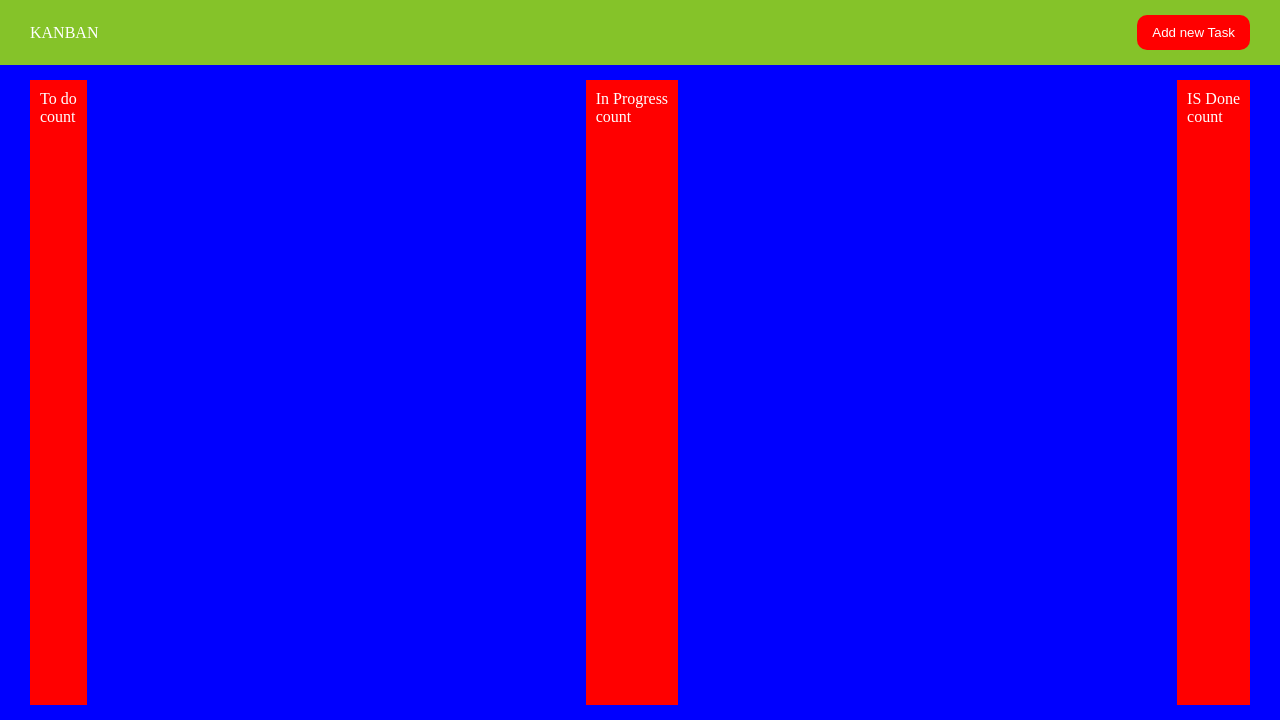
Repository: Sandeepji-5/Kanban-board
Page: index.html
These files come from the project's save history. The page is drawn as it stood at one moment and after the next save; the edit follows.
The browser window is 1280 px wide. The pictures show the whole page.

Above is the page before, as saved 2025-12-08 18:22:48.

### index.html
<!DOCTYPE html>
<html lang="en">
<head>
    <meta charset="UTF-8">
    <meta name="viewport" content="width=device-width, initial-scale=1.0">
    <title>Document</title>
    <link rel="stylesheet" href="style.css">
</head>
<body>
    <main>
        <nav>
            <div class="left">KANBAN</div>
            <div class="right"><button>Add new Task</button></div>
        </nav>
        <section class="board">
            <div class="task-column">
                <div class="hweading">
                    <div class="left">To do </div>
                    <div class="right">count</div>
                </div>
            </div>
            <div class="task-column">
                <div class="heading">
                    <div class="left">In Progress</div>
                    <div class="right">count</div>
                </div>
            </div>
            <div class="task-column">
                <div class="heading">
                    <div class="left">IS Done </div>
                    <div class="right"> count</div>
                </div>
            </div>
        </section>


    </main>
    <script src="kanban.js"></script>
</body>
</html>

### style.css
* {
    margin: 0;
    padding: 0;

    box-sizing: border-box;
}

html,
body {
    width: 100%;
    height: 100%;

}

:root {
    --bg-color: #0000000;
    --bg-button-color: red
    --primary-text-color: #f4f4f4;

    /* padding 1 rem 2 rem */
    --nav-padding: 15px 30px;
    --section-padding: 15px 30px;
    --padding-s: 5px;
    --padding-m: 10px;
    --padding-l: 15px;
    --padding-xl: 20px;
    --padding-xxl: 30px;


    /* border radius variable  */



    --border-radius-s:5px;
    --border-radius-m:10px;
    --border-radius-l:15px;
    --border-radius-xl:20px;
    --border-radius-xxl:30px;


}

body {
    background-color: black;
    color: white;
}
main{
    display: flex;
    height: 100%;
    width: 100%;
    flex-direction: column;
    background-color: rgb(133, 195, 41);

}

nav{
    padding: var(--nav-padding);
    display: flex;
    align-items: center;
    justify-content: space-between;

}
nav button{
    background-color: red;
    color: white;
    border: none;
    outline: none;
    padding: var(  --padding-m) var(  --padding-l);
    cursor: pointer;
    border-radius:var(--border-radius-m) ;

}


section{
    padding:var(--section-padding);
    height: 100%;
    display: flex;
    /* flex-grow: 1; */
    justify-content: space-between;
    background-color: blue;

}
section .task-column{
    padding: var(--padding-m);
    background-color: red;

}

Loaded but not shown: kanban.js (no copy from this time; the picture is the same without it)

After the next save:
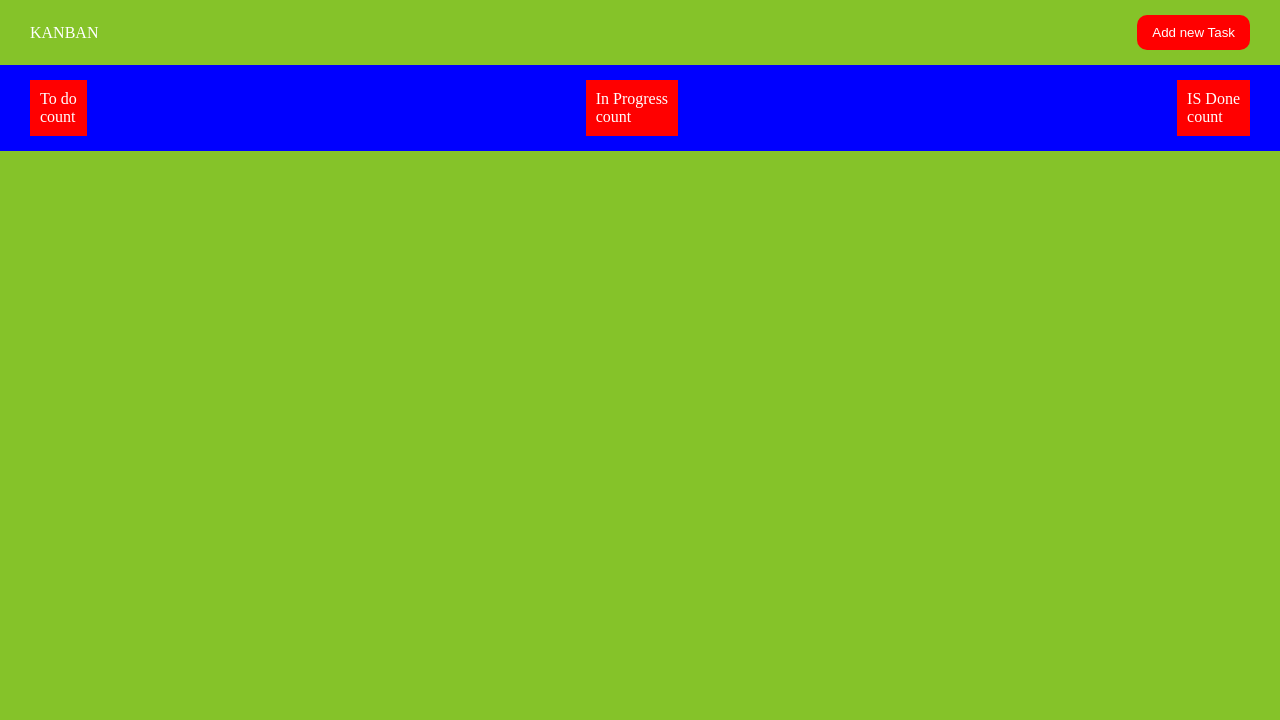
Saved 22 s later.
--- a/style.css
+++ b/style.css
@@ -74,7 +74,7 @@
 
 section{
     padding:var(--section-padding);
-    height: 100%;
+    /* height: 100%; */
     display: flex;
     /* flex-grow: 1; */
     justify-content: space-between;

After the save that followed:
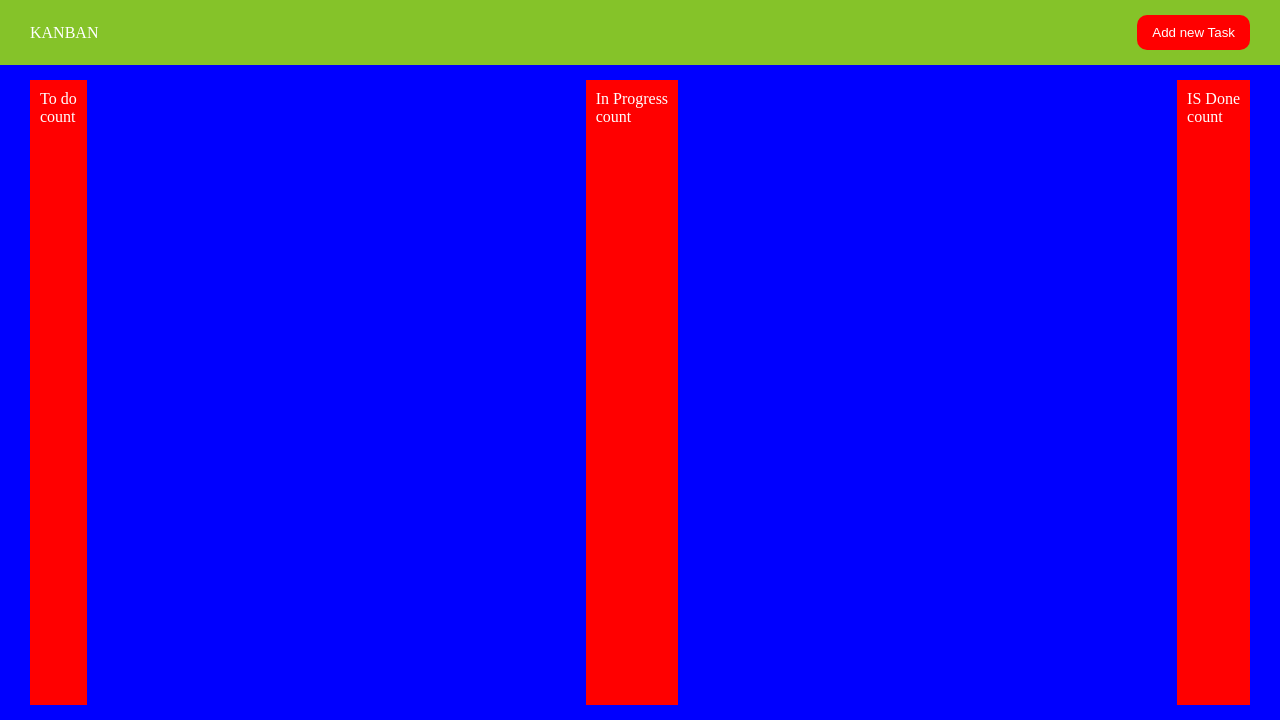
Saved 9 s later.
--- a/style.css
+++ b/style.css
@@ -76,7 +76,7 @@
     padding:var(--section-padding);
     /* height: 100%; */
     display: flex;
-    /* flex-grow: 1; */
+    flex-grow: 1;
     justify-content: space-between;
     background-color: blue;
 
